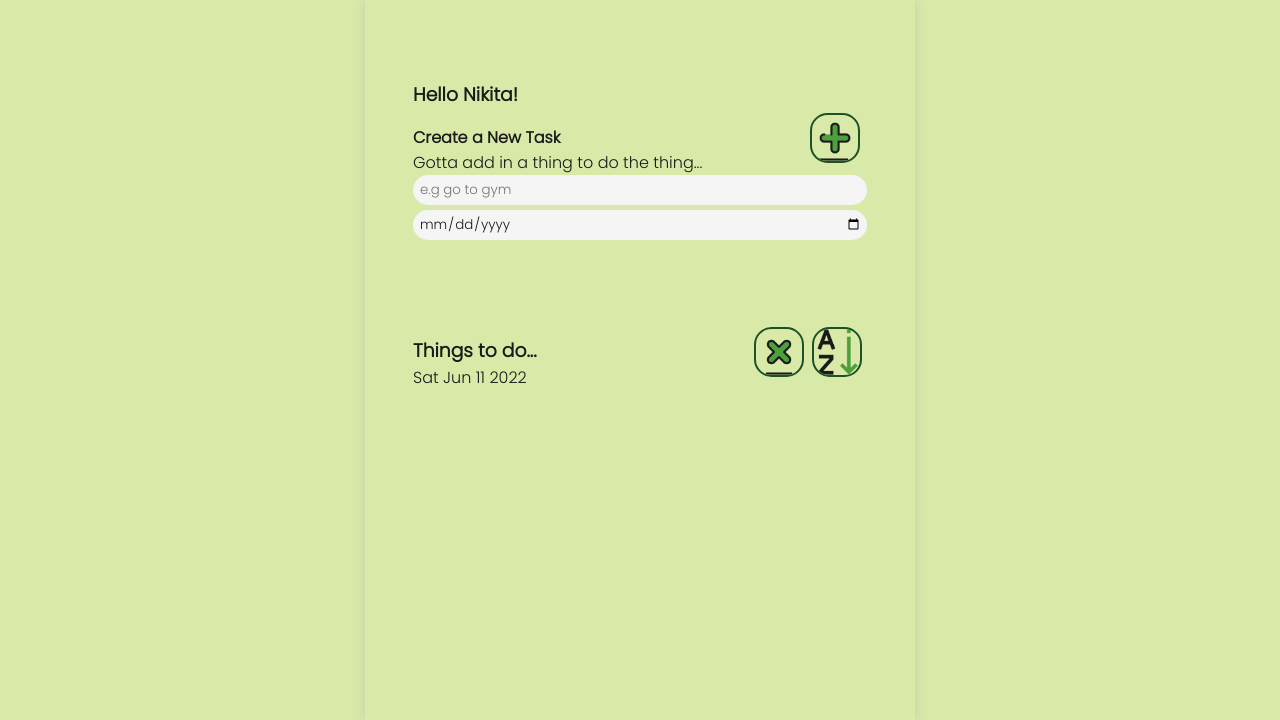
Repository: acidpixie/todo-app-version3
Page: index.html
The author's editor kept a copy of each file at every save. The page is drawn from the files as they stood at one save, then again after the next save.
The browser window is 1280 px wide. The pictures show the whole page.
The pointer rests on the first visible `.user-button`.

Above is the page before, as saved 2022-06-20 15:53:54.

### index.html
<!DOCTYPE html>
<html lang="en">
<head>
    <meta charset="UTF-8">
    <meta http-equiv="X-UA-Compatible" content="IE=edge">
    <meta name="viewport" content="width=device-width, initial-scale=1.0">
    <title>Todo Application</title>

    <link rel="stylesheet" type="text/css" href="/css/stylesheet.css">
    <script type="text/javascript" src="/js/script.js" defer></script>

    <!--google fonts - poppins-->
    <link rel="preconnect" href="https://fonts.googleapis.com">
    <link rel="preconnect" href="https://fonts.gstatic.com" crossorigin>
    <link href="https://fonts.googleapis.com/css2?family=Poppins:wght@200;300&display=swap" rel="stylesheet">


</head>
<body>

    <section>
        <header class="heading">
        <h3>Hello&nbsp;<div contenteditable="true">Nikita!</div></h3>
        </header>

        <div>
            <h4>Create a New Task</h4>
            <form>
                <label>Gotta add in a thing to do the thing...</label>
                <input type="text" class="user-input" id="input-task" placeholder="e.g go to gym">
                <p id="empty-input" class="empty-input"></p>
                <input type="date" class="user-date" id="input-date">
                <img src="/images/add.png" type="submit" class="add-new-task" id="add-new-task-button" alt="plus icon"></img>
                </label>
            </form>
       </div>
    </section>

    <section>
        <div id="display-tasks" class="display">
            <h3>Things to do...</h3>
            <span class="title-date" id="title-date"></span>
            <ul class="task-item" id="task-list">
              <!--  <li class="list-item" id="list-item" data-id="${newTask.taskId}">

                    <div class="list-container" id="lists-container">
                        <span class="list-input" id="list-input" contenteditable="true">${newTask.taskname}</span>
                        <span class="list-date-input" id="list-date-input" contenteditable="true">${newTask.taskdate}</span>
                    </div>
                    <div class="list-buttons">
                        <button class="edit-item" id="edit-item"></button>
                        <img src="/images/del.png" class="delete-item" id="delete-item"></img>
                    </div>

                </li> -->
            </ul>
        </div>
    </section>

    <section class="user-buttons" id="buttons-user">
        <img src="/images/delete.png" class="user-button" id="clear-button" alt="cross icon"></img>
        <img src="/images/sort-a-z.png" class="user-button" id="sort-button" alt="a-z arrow icon"></img>
    </section>


</body>
</html>

### css/stylesheet.css
/*color pallet
#191A19 - black
#1E5128 - dark green
#4E9F3D - light green
#D8E9A8 - whitish green gray
#f5f5f5 - white smoke
*/



* {
    box-sizing: border-box;
    font-family: "poppins", sans-serif;
    margin: 0;
}

body {
    background-color: #D8E9A8;
    color: #191A19;
    max-width: 550px;
    min-height: 100vh;
    margin: auto;
    box-shadow: 0 1px 10px 0px rgba(176, 173, 173, 0.467);
    position: relative;
}


section {
    padding: 3rem;
}

.heading {
    padding-top: 2rem;
    padding-bottom: 1rem;
}

form {
    display: flex;
    flex-direction: column;
}

input {
    height: 30px;
    border: solid 5px #f5f5f5;
    color: #191A19;
    background-color: #f5f5f5;
    border-radius: 25px;
}

.user-date {
    margin-top: 5px;
}

li {
    display: flex;
    flex-direction: row;
    padding-left: 0;
    padding-top: 10px;
    list-style: none;
}

ul{
    margin: 0;
    padding: 0;
}

li {
    display: flex;
    flex-direction: column;
    justify-content: center;
    height: 70px;
    width: auto;
    background-color: #4E9F3D ;
    border: solid 2px #D8E9A8;
    border-radius: 25px;
    align-items: center;
}

.edit-item {
    font-size: 8px;
    background-color: transparent;
    border: none;
    color: #D8E9A8;
    cursor: pointer;
}

.delete-item {
    margin-left: 380px;
    height: 20px;
    width: 20px;
    background-color: transparent ;
    border: none;
    cursor: pointer;
}


.user-buttons {
    display: flex;
    flex-direction: row;
    gap: 8px;
    position: absolute;
    bottom: 41%;
    right: 1%;
}

.user-button {
    display: flex;
    height: 50px;
    width: 50px;
    gap: 10px;
    border: solid 2px #1E5128;
    border-radius: 35%;
    cursor: pointer;

}

.user-button:hover {
    background-color: #D8E9A8;
}


.add-new-task {
    height: 50px;
    width: 50px;
    margin-top: 5px;
    position: absolute;
    top: 15%;
    right: 10%;
    background-color: none;
    border: solid 2px #1E5128;
    border-radius: 35%;
    cursor: pointer;
}


.completed-task {
    text-decoration: line-through;
  }

.completed {
    filter: opacity(50%);
  }

.list-date-input {
    font-size: 11px;
    color: #f5f5f5 ;
    padding-left: 15px;

}

.list-input {
    font-weight: 600;
}

h3 {
    display: flex;
}

.empty-input {
    display: flex;
    justify-content: center;
    font-size: 12px;
    color: #9a1616;
}


@media screen and (max-width: 672px) {
    .user-buttons {
        display: flex;
        flex-direction: row;
        gap: 8px;
        position: absolute;
        bottom: 83%;
        right: 1%;
    }

    .add-new-task {
        height: 50px;
        width: 50px;
        margin-top: 5px;
        position: absolute;
        top: 4%;
        right: 10%;
        background-color: none;
        border: solid 2px #1E5128;
        border-radius: 35%;
        cursor: pointer;

    }}


@media screen and (max-width: 990px) {
    .user-buttons {
        display: flex;
        flex-direction: row;
        gap: 8px;
        position: absolute;
        bottom: 83%;
        right: 1%;
    }

    .add-new-task {
        height: 50px;
        width: 50px;
        margin-top: 5px;
        position: absolute;
        top: 4%;
        right: 10%;
        background-color: none;
        border: solid 2px #1E5128;
        border-radius: 35%;
        cursor: pointer;

    }}

@media screen and (max-width: 1280px) {

    .user-buttons {
        display: flex;
        flex-direction: row;
        gap: 8px;
        position: absolute;
        bottom: 41%;
        right: 1%;
    }


    .add-new-task {
        height: 50px;
        width: 50px;
        margin-top: 5px;
        position: absolute;
        top: 15%;
        right: 10%;
        background-color: none;
        border: solid 2px #1E5128;
        border-radius: 35%;
        cursor: pointer;
}}

### js/script.js
//today's date function
let date = new Date();
let dateHeader = date.toDateString();

const dateToday = document.getElementById('title-date');
dateToday.innerHTML = dateHeader;

const LOCAL_STORAGE_APP_KEY = "todo-app-storage-key";
let taskArray = JSON.parse(localStorage.getItem(LOCAL_STORAGE_APP_KEY)) || [];

//input variables
let taskInput = document.getElementById("input-task");
let taskInputDate = document.getElementById("input-date");
const taskInputSubmit = document.getElementById("add-new-task-button");
const emptyInput= document.getElementById("empty-input");

const taskList = document.getElementById("task-list");

const clearTaskList = document.getElementById("clear-button");
const sortTaskList = document.getElementById("sort-button");

let editInputTask = "";
let editInputDate = "";
let editId = "";
let isEdit = false;

// let taskArray = [];

class Task {
    constructor(taskid, taskname, taskdate) {
        this._taskid = taskid;
        this._taskname = taskname;
        this._taskdate = taskdate;
    }

    get taskid() {
        return this._taskid;
      }

      set taskid(newTaskId) {
        this._taskid = newTaskId;
      }

      get taskname() {
        return this._taskname;
      }

      set taskname(newTaskName) {
        this._taskname = newTaskName;
      }

      get taskdate() {
        return this._taskdate;
      }

      set taskdate(newTaskDate) {
        this._taskdate = newTaskDate;
      }
    }

    //event listeners

    taskInputSubmit.addEventListener("click", addTask);
    clearTaskList.addEventListener("click", clearTasks);
    sortTaskList.addEventListener("click", sortTasks);

    //function to add in a new task

    function addTask(e) {
        e.preventDefault();

        let userInput = document.getElementById("input-task").value;
        let userInputDate = document.getElementById("input-date").value;

        let newTaskId = new Date().getTime().toString();
        let userInputTask = userInput.charAt(0).toUpperCase() + userInput.slice(1);

        emptyInput.innerHTML= "";

        if (userInputTask !== "" && !isEdit) {
            let newTask = new Task(newTaskId, userInputTask, userInputDate);
            taskArray.push(newTask);

            const listElement = document.createElement("li");
            listElement.classList.add("list-item");
            const attr = document.createAttribute("data-id");
            attr.value = newTaskId;
            listElement.setAttributeNode(attr);

            //template literal to add in list inputs
            listElement.innerHTML = `
            <div class="list-container">
            <span class="list-input" id="list-input" contenteditable="true">${newTask.taskname}</span>
            <span class="list-date-input" id="list-date-input" contenteditable="true">${newTask.taskdate}</span>
            </div>
            <div class="list-buttons">
            <button class="edit-item" id="edit-item"></button>
            <img src="/images/del.png" class="delete-item" id="delete-item"></img>
            </div>
            `;

            //variables and event listeners for buttons created in new li element
            const taskContent = listElement.querySelector(".list-container");
            const deleteButton = listElement.querySelector(".delete-item");
            const editButton = listElement.querySelector(".edit-item");

           deleteButton.addEventListener("click", deleteTask);
           editButton.addEventListener("click", editTask);

            taskList.appendChild(listElement);

            taskContent.addEventListener("dblclick", function(){
                taskContent.classList.toggle("completed-task");
                listElement.classList.toggle("completed");
            });

            saveAndRender();

        } else if (userInputTask !== "" && isEdit) {
            editInputTask.innerHTML = userInputTask;
            editInputDate.innerHTML = userInputDate;

            saveAndRender();

        } else if (userInputTask === "") {
            emptyInput.innerHTML = "task input cannot be blank";
        } else {
            emptyInput.innerHTML = "";
        }
    }

    // clear tasks

    function clearTasks() {
        const allTasks = document.querySelectorAll(".list-item");

        if (allTasks.length > 0) {
            allTasks.forEach(function (listItem) {
                taskList.removeChild(listItem);
            });

            saveAndRender();
            localStorage.removeItem("todo-app-storage-key");
        }
    }

    //sort tasks a-z

    function sortTasks() {
        [...taskList.children]
        .sort((a, b) => (a.innerText > b.innerText ? 1 : -1))
        .forEach((node) => taskList.appendChild(node));
    }

    //delete tasks

    function deleteTask(event) {
        let element = event.currentTarget.parentElement.parentElement;
        const id = element.dataset.id;
        taskList.removeChild(element);

        saveAndRender()
    }

    // edit tasks

 //  function editTask(event) {
 //   let element = event.currentTarget.parentElement.parentElement;
 //   const attrE = document.createAttribute("contenteditable");
 //   attrE.value = true;
 //   element.setAttributeNode(attrE);

 //   editId = element.dataset.id;
 //   isEdit = true;


 function editTask(button) {
    let x = document.getElementById("list-input");
    if (x.contentEditable == "true") {
        x.contentEditable = "false"; button.innerHTML = "SAVE";
    } else {x.contentEditable = "true"; button.innerHTML = "EDIT";
}

 }

 function saveAndRender() {
    saveToLocalStorage()
    setToDefault()
 }



    function setToDefault() {
        taskInput.value = "";
        taskInputDate.value = "";
        isEdit = false;
        editId = "";
    }

 function saveToLocalStorage() {
   taskArray = JSON.stringify(taskArray);
   localStorage.setItem(LOCAL_STORAGE_APP_KEY, taskArray);
   taskArray = JSON.parse(localStorage.getItem(LOCAL_STORAGE_APP_KEY));


 //  function saveToLocalStorage() {
 //   localStorage.setItem(LOCAL_STORAGE_APP_KEY, JSON.stringify(taskArray))

}

After the next save:
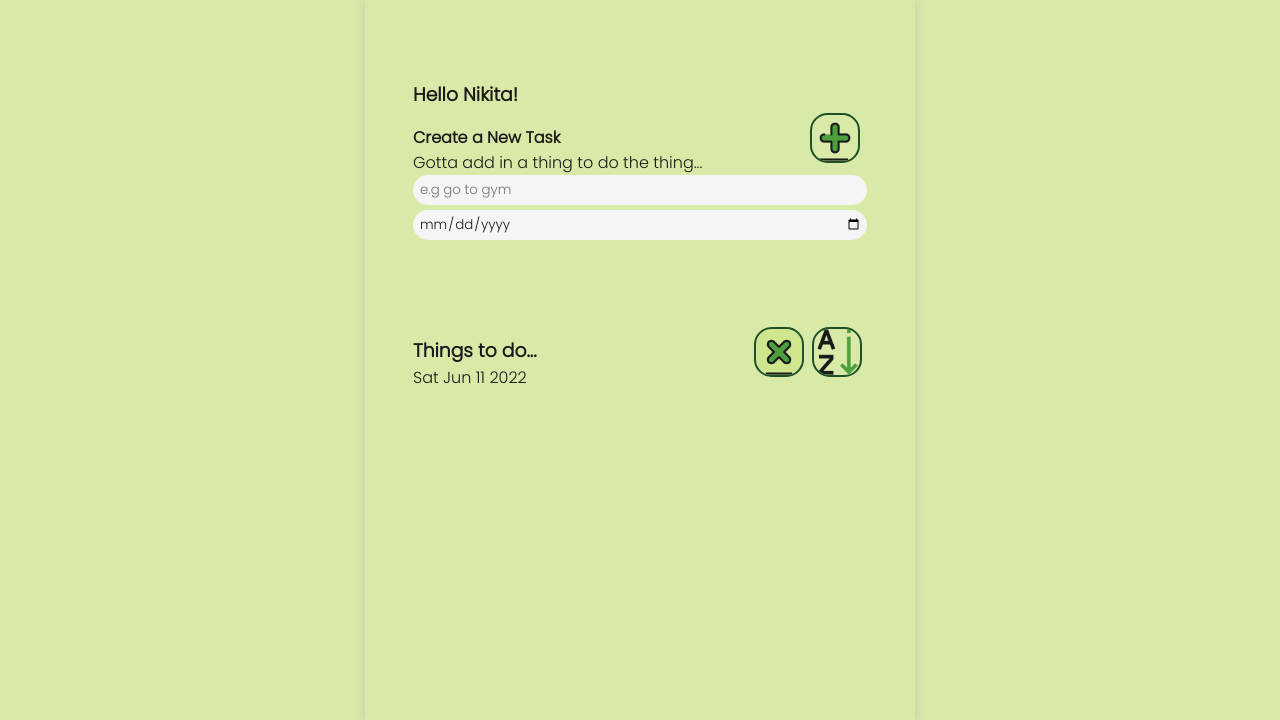
Saved 12 s later.
--- a/css/stylesheet.css
+++ b/css/stylesheet.css
@@ -115,7 +115,7 @@ li {
 }
 
 .user-button:hover {
-    background-color: #D8E9A8;
+    background-color: #cfe68e;
 }
 
 
